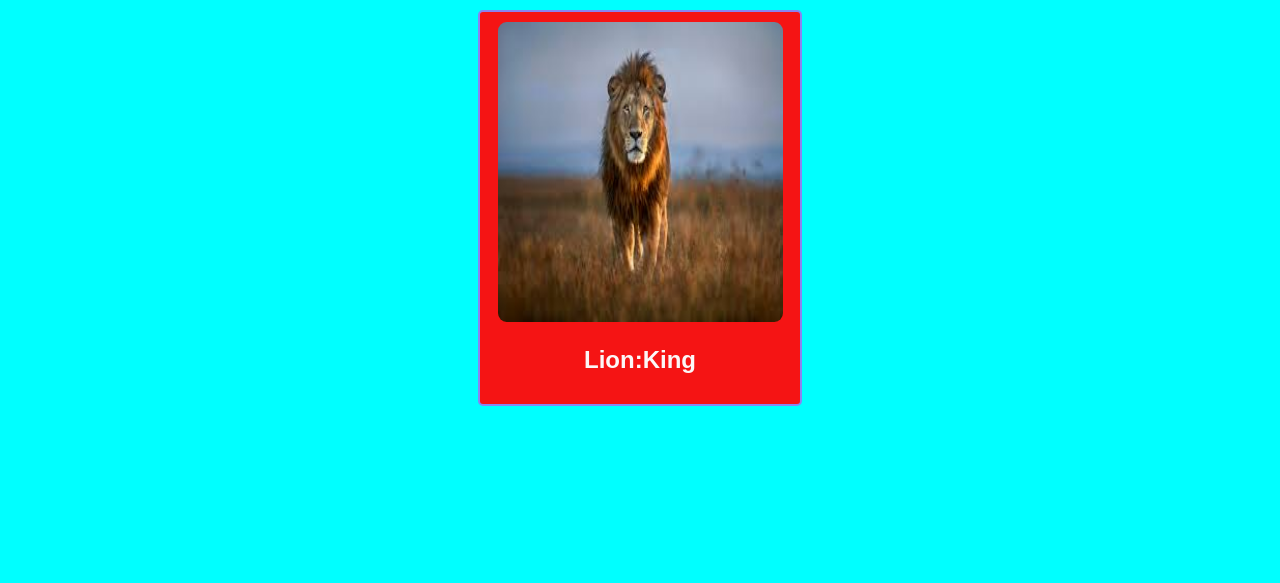
Repository: KingBoyMaylow/Animal-trading-card
Page: index.html
These files come from the project's save history. The page is drawn as it stood at one moment and after a run of saves; the edit follows.
The browser window is 1280 px wide. The pictures show the whole page.

Above is the page before, as saved 2024-05-13 22:13:29.

After the next 3 saves:
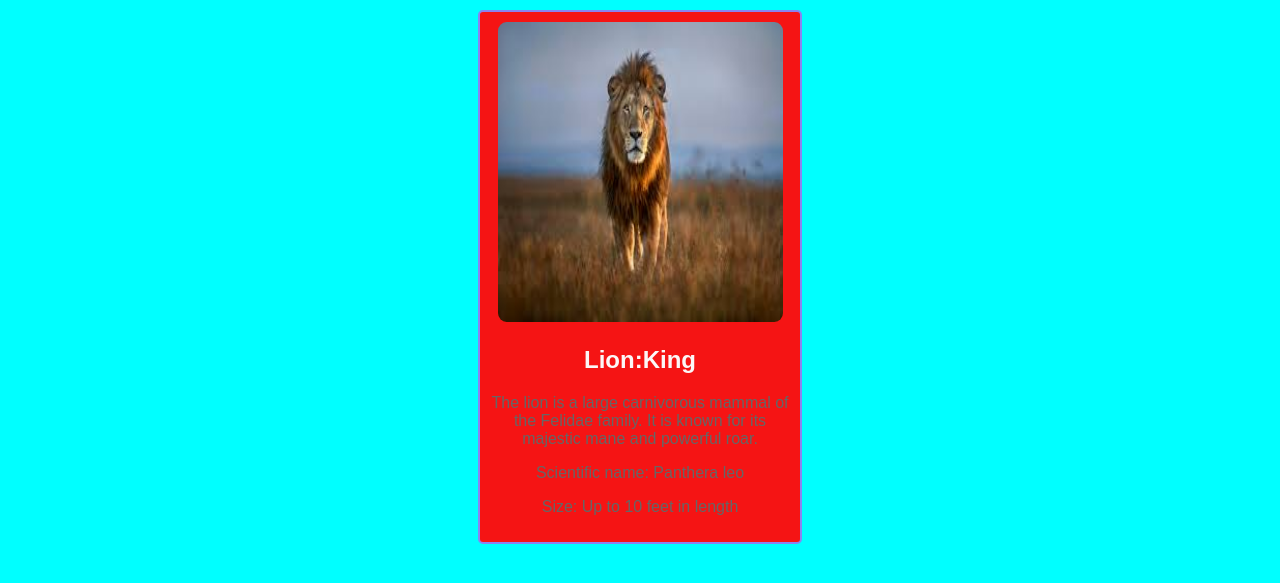
The 3 saves are shown as one change because they came seconds apart.
The last was saved 11 s later.
--- a/index.html
+++ b/index.html
@@ -36,7 +36,11 @@
 <body>
     <div class="card">
         <img src="lion.jpeg" alt="Lion">
-        <h2>Lion:King</h2
+        <h2>Lion:King</h2>
+        <p>The lion is a large carnivorous mammal of the Felidae family. It is known for its majestic mane and powerful roar.</p>
+        <p>Scientific name: Panthera leo</p>
+        <p>Size: Up to 10 feet in length</p>
+
     </div>
 </body>
 </html>
